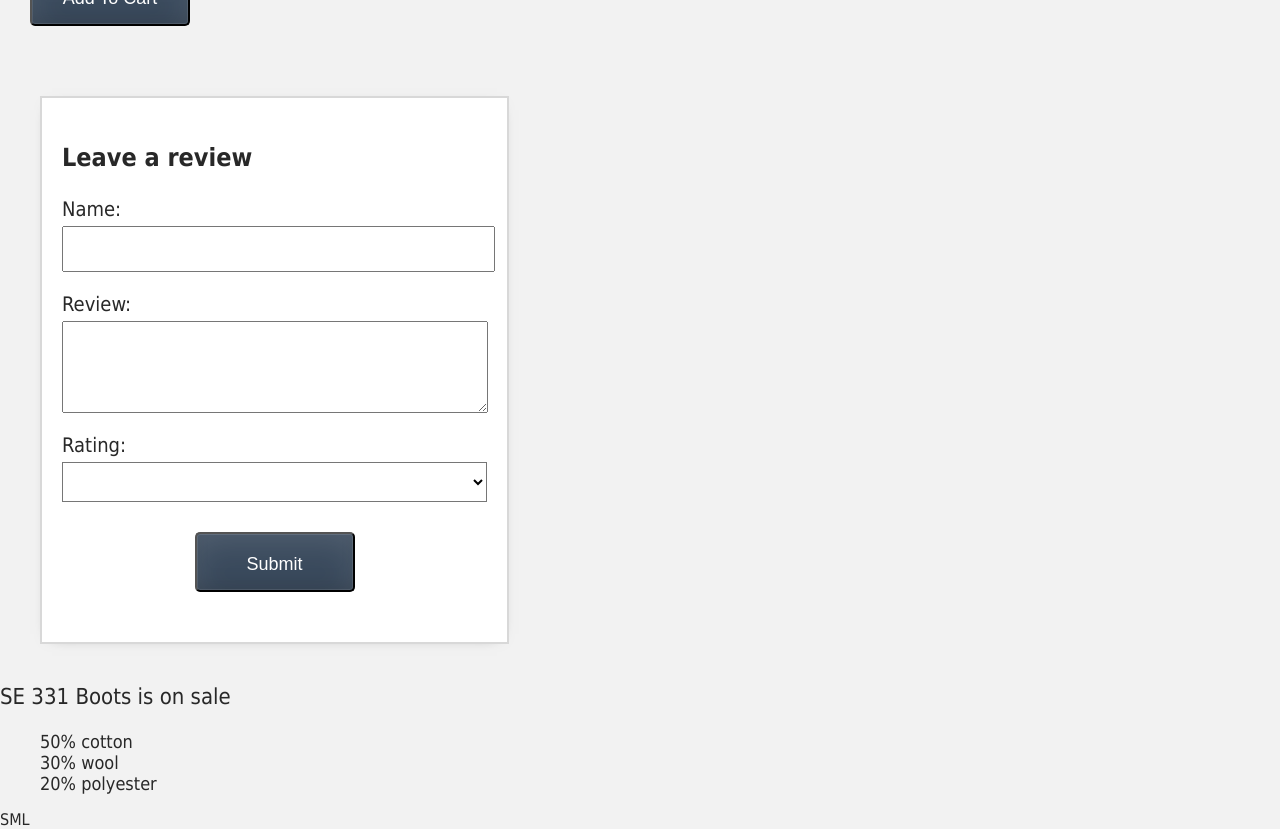
Repository: assassinhua/lab1
Page: index.html
An editor plug-in stored every save of this project. The page is shown before and after a run of saves, followed by the edit.
The browser window is 1280 px wide. The pictures show the part of the page from y = 1060 to 2012 px (the page is 1889 px tall before and 2012 px after).
A picture or video elsewhere on the page could not be fetched, so the positions and the page height are approximate.

Above is the page before, as saved 2024-10-24 18:36:36.
Console error: SyntaxError: Cannot use import statement outside a module

### index.html
<!DOCTYPE html>
<html lang="en">

<head>
    <meta charset="UTF-8" />
    <title>Intro SE331</title>
    <!-- Import Styles -->
    <link rel="stylesheet" href="./assets/styles.css" />
    <!-- Import Vue.js -->
    <script src="https://unpkg.com/vue@3/dist/vue.global.js"></script>
</head>

<body>
    <div id="app">
        <div class="nav-bar"></div>
        <div class="cart">Cart({{cart}})</div>
        <div class="product-display">
            <div class="product-container">
                <div class="product-image">
                    <img :src="image" :class="{'out-of-stock-image':!inStock}" alt="product-image">
                </div>
            </div>
        </div>
        <div class="product-info">
            <h1>{{title}}</h1>
            <a :href="productUrl" target="_blank">
                <h1>{{product}}</h1>
            </a>
            <p v-if="inventory > 10">In Stock</p>
            <p v-else-if="inventory <= 10 && inventory > 0">Almost out of Stock</p>
            <p v-else>Out Stock</p>
            <button class="button" @click="toggleInStock">
                {{ inStock ? 'In Stock' : ' Out of Stock' }}
            </button>

            <ul>
                <li v-for="size in sizes">{{size}}</li>
            </ul>
             <div v-for="(variant,index) in variants" :key="variant.id"
             @mouseover="updateVariant(index)"
             class="color-circle" :style="{backgroundColor: variant.color}">
                                {{ variant.color}}
            </div>


            <button class="button" :disabled='!inStock'
            @click="addToCart" :class="{disabledButton: !inStock}">Add To
                Cart</button>
            </div>

            <!-- review-form.html -->
            <form class="review-form" @submit.prevent="onSubmit">
              <h3>Leave a review</h3>
              <label for="name">Name:</label>
              <input id="name" v-model="name">

              <label for="review">Review:</label>
              <textarea id="review" v-model="review"></textarea>

              <label for="rating">Rating:</label>
              <select id="rating" v-model.number="rating">
                <option value="5">5</option>
                <option value="4">4</option>
                <option value="3">3</option>
                <option value="2">2</option>
                <option value="1">1</option>
              </select>

              <input class="button" type="submit" value="Submit">
            </form>

            <p v-if="onSale">{{isOnSale}}</p>
            <p v-else>not on sale</p>
            <ul>
                <li v-for="detail in details">{{detail}}</li>
            </ul>

            <span v-for="productSize in productSizes" :key="productSize.id">
                {{ productSize.size}}
            </span>



        </div>

    </div>

    <!-- Import Js -->
    <script src="./main.js"></script>
    <script src="./component/ReviewForm.js"></script>
    <script src="./component/ReviewList.js"></script>
</body>

</html>

### assets/styles.css
body {
  background-color: #f2f2f2;
  margin: 0px;
  font-family: tahoma;
  color: #282828;
}

.button {
  margin: 30px;
  background-color: #39495c;
  border-radius: 5px;
  font-size: 18px;
  width: 160px;
  height: 60px;
  color: white;
  padding: 20px;
  box-shadow: inset 0 -0.6em 1em -0.35em rgba(0, 0, 0, 0.17),
    inset 0 0.6em 2em -0.3em rgba(255, 255, 255, 0.15),
    inset 0 0 0em 0.05em rgba(255, 255, 255, 0.12);
  text-align: center;
  cursor: pointer;
}

.cart {
  margin: 25px 100px;
  float: right;
  border: 1px solid #d8d8d8;
  padding: 10px 30px;
  background-color: white;
  -webkit-box-shadow: 0px 2px 15px -12px rgba(0, 0, 0, 0.57);
  -moz-box-shadow: 0px 2px 15px -12px rgba(0, 0, 0, 0.57);
  box-shadow: 2px 15px -12px rgba(0, 0, 0, 0.57);
}

.color-circle {
  width: 50px;
  height: 50px;
  margin-top: 8px;
  border: 2px solid #d8d8d8;
  border-radius: 50%;
}


.disabledButton {
  background-color: #d8d8d8;
  cursor: not-allowed;
}

h1 {
  font-size: 50px;
}

h3 {
  font-size: 25px;
}

img {
  border: 2px solid #d8d8d8;
  width: 70%;
  margin: 40px;
  padding: 15px;
  -webkit-box-shadow: 0px 2px 15px -12px rgba(0, 0, 0, 0.57);
  -moz-box-shadow: 0px 2px 15px -12px rgba(0, 0, 0, 0.57);
  box-shadow: 2px 15px -12px rgba(0, 0, 0, 0.57);
}

input {
  width: 100%;
  height: 40px;
  margin-bottom: 20px;
}

label {
  font-size: 20px;
  margin-bottom: 5px;
}

li {
  font-size: 18px;
}

.nav-bar {
  background: linear-gradient(-90deg, #84cf6a, #16c0b0);
  height: 60px;
  margin-bottom: 25px;
  -webkit-box-shadow: 0px 2px 15px -12px rgba(0, 0, 0, 0.57);
  -moz-box-shadow: 0px 2px 15px -12px rgba(0, 0, 0, 0.57);
  box-shadow: 1px 1px 5px rgba(0, 0, 0, 0.57);
}

.out-of-stock-image {
  filter: grayscale(100%); /* 这将使图片变为灰色 */
}

p {
  font-size: 22px;
}

.product-display {
  display: flex;
  flex-direction: column;
  padding: 1rem;
}

.product-container {
  display: flex;
  flex-direction: row;
  flex-wrap: wrap;
}

.product-image,
.product-info {
  width: 50%;
}

.review-form {
  display: flex;
  flex-direction: column;
  width: 425px;
  padding: 20px;
  margin: 40px;
  border: 2px solid #d8d8d8;
  background-color: white;
  -webkit-box-shadow: 0px 2px 15px -12px rgba(0, 0, 0, 0.57);
  -moz-box-shadow: 0px 2px 15px -12px rgba(0, 0, 0, 0.57);
  box-shadow: 2px 15px -12px rgba(0, 0, 0, 0.57);
}

.review-container {
  width: 425px;
  padding: 20px;
  background-color: white;
  -webkit-box-shadow: 0px 2px 20px -12px rgba(0, 0, 0, 0.57);
  -moz-box-shadow: 0px 2px 20px -12px rgba(0, 0, 0, 0.57);
  box-shadow: 2px 20px -12px rgba(0, 0, 0, 0.57);
  margin-left: 40px;
  border: 2px solid #d8d8d8;
}

.review-container li {
  margin-bottom: 30px;
}

.review-form .button {
  display: block;
  margin: 30px auto;
}

select {
  height: 40px;
  font-size: 20px;
  background-color: white;
  cursor: pointer;
}

textarea {
  width: 95%;
  height: 70px;
  padding: 10px;
  font-size: 20px;
  margin-bottom: 20px;
}

ul {
  list-style-type: none;
}

@media only screen and (max-width: 600px) {
  .container {
    flex-direction: column;
  }

  .product-image,
  .product-info {
    margin-left: 10px;
    width: 100%;
  }

  .review-form {
    width: 90%;
  }
}

### main.js
const { createApp, ref, computed } = Vue

createApp({
    setup() {
        const product = ref('Boots')
        const brand = ref('SE 331')
        const productUrl = 'http://www.camt.cmu.ac.th'
        const inventory = ref(5)
        const onSale = ref(true)
        const details = ref([
            '50% cotton',
            '30% wool',
            '20% polyester'
        ])
        const variants = ref([
            { id: 2234, color: 'green', image: './assets/images/socks_green.jpg', quantity: 50 },
            { id: 2235, color: 'blue', image: './assets/images/socks_blue.jpg', quantity: 0 }
        ])
        const selectedVariant = ref(0)
        const productSizes = ref([
            { id: 1, size: 'S' },
            { id: 2, size: 'M' },
            { id: 3, size: 'L' },
        ])
        const cart = ref(0)
        function addToCart() {
            cart.value += 1
        }
        const title = computed(() => {
            return brand.value + ' ' + product.value
        })
        const isOnSale = computed(() => {
            return brand.value + ' ' + product.value + ' ' + 'is on sale'
        })
        function updateImage(variantImage) {
            image.value = variantImage
        }
        function updateVariant(index) {
            selectedVariant.value = index;
        }
        const image = computed(() => {
            return variants.value[selectedVariant.value].image
        })
        const inStock = computed(() => {
            return variants.value[selectedVariant.value].quantity
        })
        const toggleInStock = () => {
            const currentVariant = variants.value[selectedVariant.value];
            currentVariant.quantity = currentVariant.quantity > 0 ? 0 : 50;
        }
        return {
            product,
            brand,
            title,
            isOnSale,
            image,
            productUrl,
            inStock,
            inventory,
            onSale,
            details,
            variants,
            selectedVariant,
            productSizes,
            cart,
            addToCart,
            updateImage,
            toggleInStock,
            updateVariant,


        }
    }

}).mount('#app')

### component/ReviewForm.js
import { reactive, toRefs, defineEmits } from 'vue';

const reviewForm = {
  template: /*html*/ `
    <form class="review-form" @submit.prevent="onSubmit">
      <h3>Leave a review</h3>
      <label for="name">Name:</label>
      <input id="name" v-model="name">

      <label for="review">Review:</label>
      <textarea id="review" v-model="review"></textarea>

      <label for="rating">Rating:</label>
      <select id="rating" v-model.number="rating">
        <option value="5">5</option>
        <option value="4">4</option>
        <option value="3">3</option>
        <option value="2">2</option>
        <option value="1">1</option>
      </select>

      <input class="button" type="submit" value="Submit">
    </form>
  `,
  setup() {
    const form = reactive({
      name: '',
      review: '',
      rating: null
    });

    const emit = defineEmits(['review-submitted']);

    function onSubmit() {
      if (form.name === '' || form.review === '' || form.rating === null) {
        alert('Review is incomplete. Please fill out every field.');
        return;
      }

      const productReview = {
        name: form.name,
        review: form.review,
        rating: form.rating
      };

      emit('review-submitted', productReview);

      // 重置表单
      form.name = '';
      form.review = '';
      form.rating = null;
    }

    // 使用 toRefs 将 form 的属性转换为响应式引用，并返回它们
    return {
      ...toRefs(form) // 这将返回 { name, review, rating } 作为响应式引用
    };
  }
};

export default reviewForm;

### component/ReviewList.js
const reviewList = {

        template:
            /*html*/
            `
        <div class="review-container">
            <h3>Reviews:</h3>
            <ul>
            <li v-for="(review, index) in reviews" :key="index">
                {{ review.name }} gave this {{ review.rating }} stars
                <br/>
                "{{ review.review }}"
                <br/>
                <span v-if="review.recommend">Would recommend</span>
        <span v-else>Would not recommend</span>
            </li>
            </ul>
        </div>
            `
        ,props: {
            reviews: {
                type: Array

            }
        },
        setup(props){
            const reviews = props.reviews
            return {
                reviews
            }
        }
    }

After the next 2 saves:
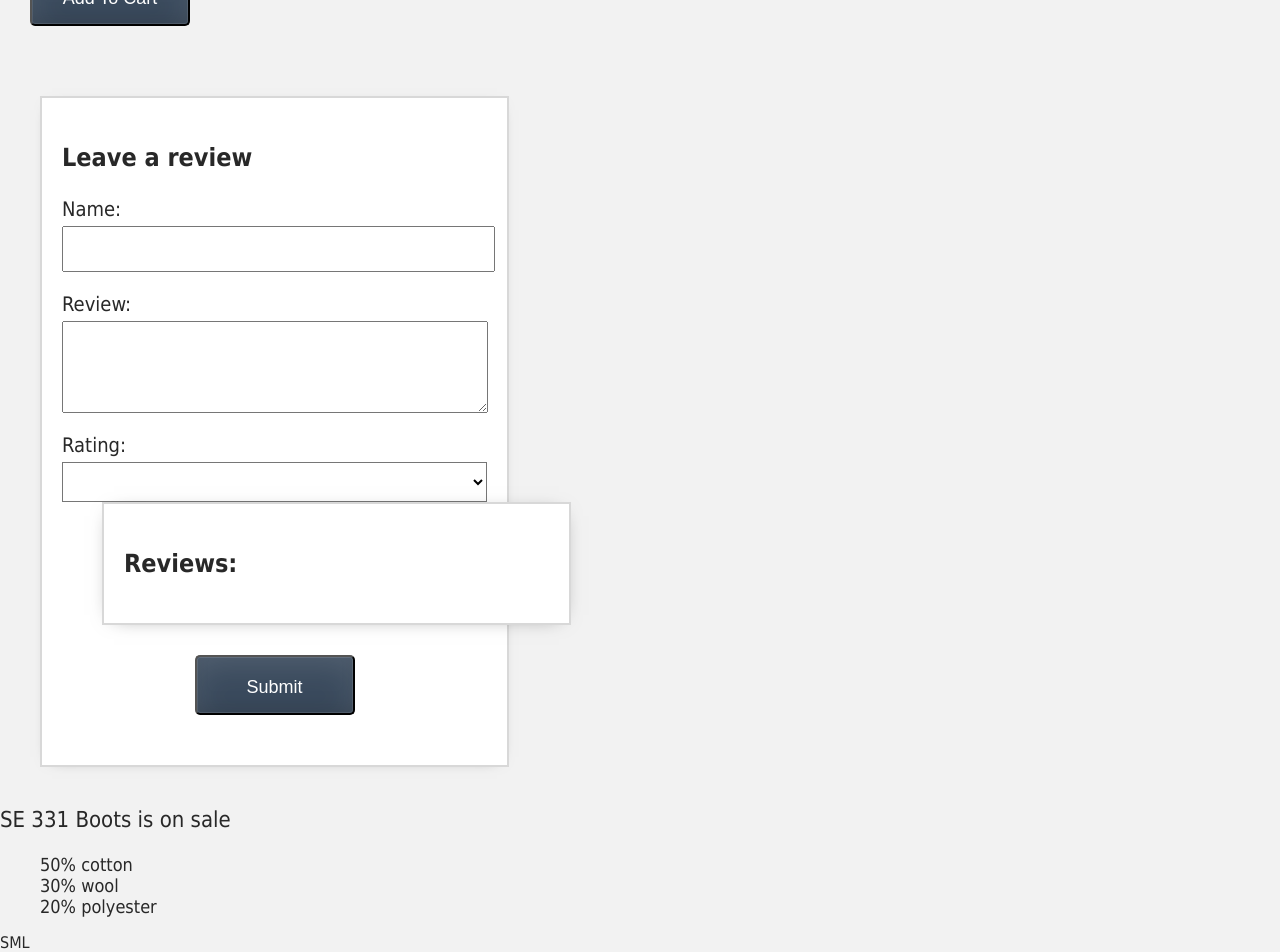
The 2 saves are shown as one change because they came seconds apart.
The last was saved 8 min 27 s later.
--- a/index.html
+++ b/index.html
@@ -65,7 +65,19 @@
                 <option value="2">2</option>
                 <option value="1">1</option>
               </select>
-
+              <div class="review-container">
+                <h3>Reviews:</h3>
+                <ul>
+                <li v-for="(review, index) in reviews" :key="index">
+                    {{ review.name }} gave this {{ review.rating }} stars
+                    <br/>
+                    "{{ review.review }}"
+                    <br/>
+                    <span v-if="review.recommend">Would recommend</span>
+            <span v-else>Would not recommend</span>
+                </li>
+                </ul>
+            </div>
               <input class="button" type="submit" value="Submit">
             </form>
 

After the save that followed:
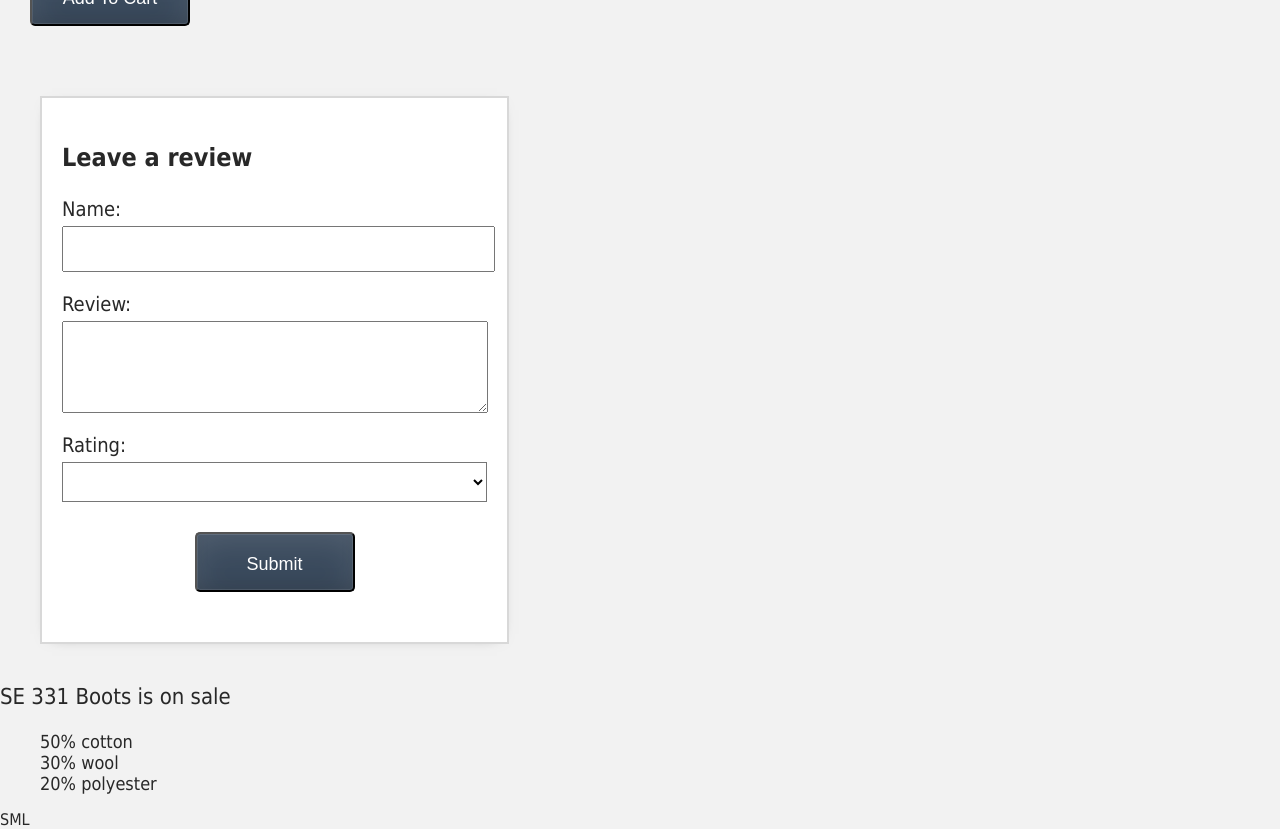
Saved 52 s later.
--- a/index.html
+++ b/index.html
@@ -65,19 +65,7 @@
                 <option value="2">2</option>
                 <option value="1">1</option>
               </select>
-              <div class="review-container">
-                <h3>Reviews:</h3>
-                <ul>
-                <li v-for="(review, index) in reviews" :key="index">
-                    {{ review.name }} gave this {{ review.rating }} stars
-                    <br/>
-                    "{{ review.review }}"
-                    <br/>
-                    <span v-if="review.recommend">Would recommend</span>
-            <span v-else>Would not recommend</span>
-                </li>
-                </ul>
-            </div>
+
               <input class="button" type="submit" value="Submit">
             </form>
 
